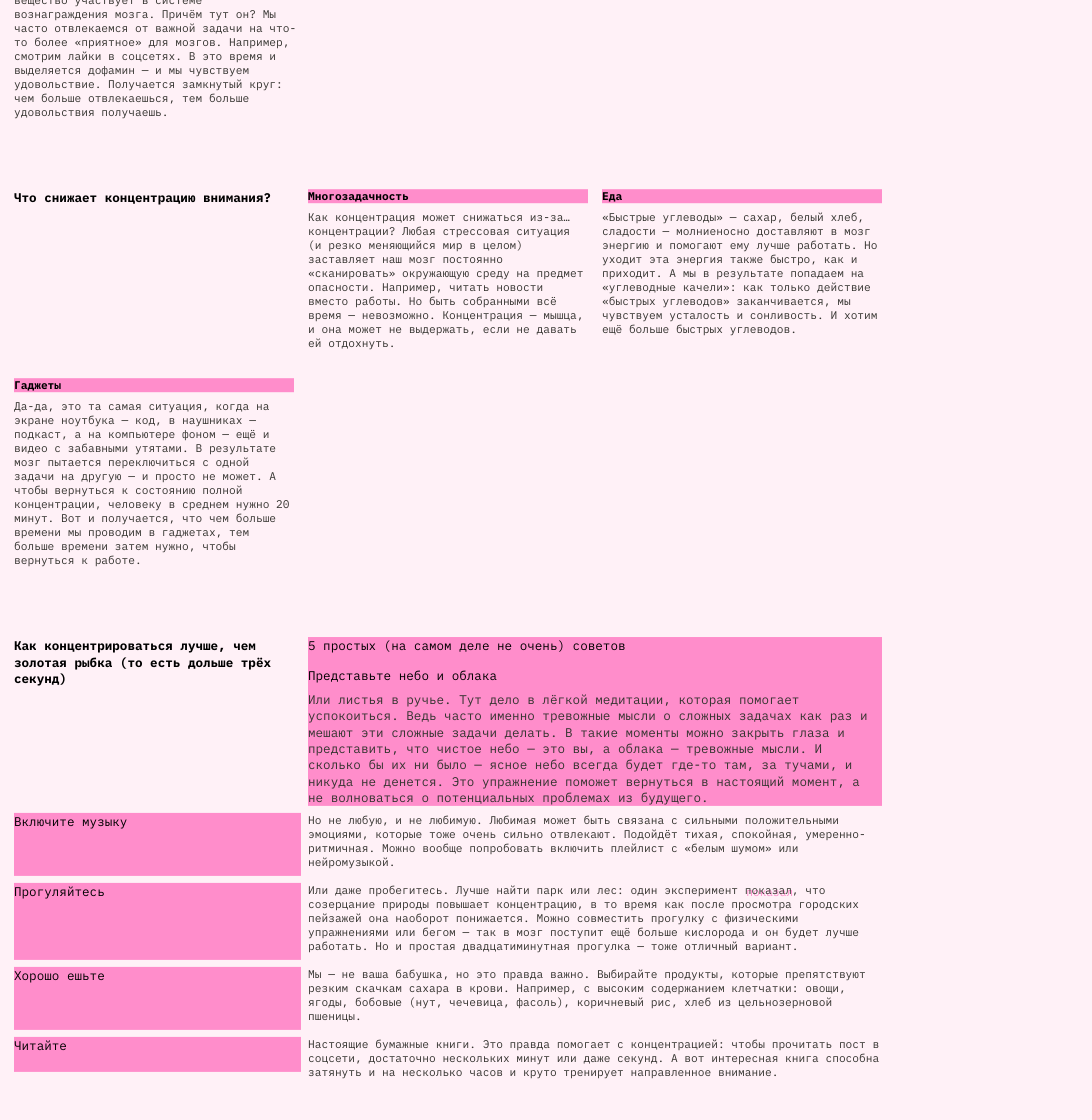
Repository: NikWolf75/slozhno-sosredotochitsya-fd
Page: index.html
The author's editor kept a copy of each file at every save. The page is drawn from the files as they stood at one save, then again after a run of saves.
The browser window is 1280 px wide. The page is 1560 px wide, so the pictures cover 1560 px, including what lies to the right of the window. The pictures show the part of the page from y = 1126 to 2726 px (the page is 7258 px tall before and 7208 px after), at 70% of full size.

Above is the page before, as saved 2025-02-27 21:43:48.

### index.html
<!DOCTYPE html>
<html lang="ru">
  <head>
    <meta charset="UTF-8" />
    <meta http-equiv="X-UA-Compatible" content="IE=edge" />
    <meta name="viewport" content="width=device-width, initial-scale=1.0" />
    <meta name="color-scheme" content="dark light" />
    <link rel="stylesheet" href="/fonts/fonts.css" />
    <link rel="stylesheet" href="/styles/globals.css" />
    <link rel="stylesheet" href="/styles/variables.css" />
    <link rel="stylesheet" href="/styles/style.css" />
    <link rel="stylesheet" href="/styles/dark.css" />
    <link rel="stylesheet" href="/styles/light.css" />
    <link rel="icon" href="/images/favicon.ico" sizes="any" />
    <link rel="icon" href="/images/favicon.svg" type="image/svg+xml" />
    <title>Сложно сосредоточиться</title>
    <script src="./scripts/script.js"></script>
  </head>
  <body class="page">
    <header class="header decorated-zone">
      <p class="rec_element">REC</p>
      <nav class="header__theme-menu">
        <ul class="header__theme-menu-list">
          <li class="header__theme-menu-item">
            <button
              class="header__theme-menu-button header__theme-menu-button_type_light"
            >
              День
            </button>
          </li>
          <li class="header__theme-menu-item">
            <button
              class="header__theme-menu-button header__theme-menu-button_active header__theme-menu-button_type_auto"
              disabled
            >
              Авто
            </button>
          </li>
          <li class="header__theme-menu-item">
            <button
              class="header__theme-menu-button header__theme-menu-button_type_dark"
            >
              Неон
            </button>
          </li>
        </ul>
      </nav>
      <h1 class="title_main">no focus</h1>
      <div class="title-decor">
        <p>Что делать, когда не можешь делать ничего</p>
        <p>
          Или почему нам так сложно сконцентрироваться, особенно когда очень
          надо
        </p>
      </div>
    </header>
    <main class="content">
      <section class="content__section">
        <h2 class="question_text">Почему сосредоточиться так сложно</h2>
        <article class="answer">
          <h3 class=".content__answer-short">Многозадачность</h3>
          <p class="answer_large">
            Особенно сложно сосредоточиться, когда задач много и все они —
            важные. Где же легендарная многозадачность, когда она так нужна вам
            (и всем нанимающим менеджерам этого мира)? А дело в том, что её
            просто не существует. Исследователи
            <a class="link-text" href="#0">выяснили</a>, что мозгу тяжело
            концентрироваться даже на двух делах одновременно. А когда в поле
            внимания попадает несколько важных задач, организм паникует и
            выделяет кортизол и адреналин — «гормоны стресса». Из-за этого мы
            работаем невнимательно: ошибаемся и быстро устаём.
          </p>
        </article>
        <article class="answer">
          <h3 class=".content__answer-short">Дофамин</h3>
          <p class="answer_large">
            С гормонами стресса всё понятно, но дальше — ещё интереснее. В нашей
            невозможности сосредоточиться замешана и полная противоположность
            стрессу — дофамин. Это вещество участвует в системе вознаграждения
            мозга. Причём тут он? Мы часто отвлекаемся от важной задачи на
            что-то более «приятное» для мозгов. Например, смотрим лайки в
            соцсетях. В это время и выделяется дофамин — и мы чувствуем
            удовольствие. Получается замкнутый круг: чем больше отвлекаешься,
            тем больше удовольствия получаешь.
          </p>
        </article>
      </section>
      <section class="content__section content__what">
        <h2 class="question_text">Что снижает концентрацию внимания?</h2>
        <article class="answer">
          <h3 class="content__answer-short">Многозадачность</h3>
          <p class="answer_large">
            Как концентрация может снижаться из-за… концентрации? Любая
            стрессовая ситуация (и резко меняющийся мир в целом) заставляет наш
            мозг постоянно «сканировать» окружающую среду на предмет опасности.
            Например, читать новости вместо работы. Но быть собранными всё время
            — невозможно. Концентрация — мышца, и она может не выдержать, если
            не давать ей отдохнуть.
          </p>
        </article>
        <article class="answer">
          <h3 class="content__answer-short">Еда</h3>
          <p class="answer_large">
            «Быстрые углеводы» — сахар, белый хлеб, сладости — молниеносно
            доставляют в мозг энергию и помогают ему лучше работать. Но уходит
            эта энергия также быстро, как и приходит. А мы в результате попадаем
            на «углеводные качели»: как только действие «быстрых углеводов»
            заканчивается, мы чувствуем усталость и сонливость. И хотим ещё
            больше быстрых углеводов.
          </p>
        </article>
        <article class="answer">
          <h3 class="content__answer-short">Гаджеты</h3>
          <p class="answer_large">
            Да-да, это та самая ситуация, когда на экране ноутбука — код, в
            наушниках — подкаст, а на компьютере фоном — ещё и видео с забавными
            утятами. В результате мозг пытается переключиться с одной задачи на
            другую — и просто не может. А чтобы вернуться к состоянию полной
            концентрации, человеку в среднем нужно 20 минут. Вот и получается,
            что чем больше времени мы проводим в гаджетах, тем больше времени
            затем нужно, чтобы вернуться к работе.
          </p>
        </article>
      </section>
      <section class="content__section">
        <h2 class="question_text">
          Как концентрироваться лучше, чем золотая рыбка (то есть дольше трёх
          секунд)
        </h2>
        <article class="answer advice">
          <h3 class="content__answer-short sub_content__answer-short">
            5 простых (на самом деле не очень) советов
          </h3>
          <h4 class="advice">
            Представьте небо и облака
          </h4>
          <p class="answer_large">
            Или листья в ручье. Тут дело в лёгкой медитации, которая помогает
            успокоиться. Ведь часто именно тревожные мысли о сложных задачах как
            раз и мешают эти сложные задачи делать. В такие моменты можно
            закрыть глаза и представить, что чистое небо — это вы, а облака —
            тревожные мысли. И сколько бы их ни было — ясное небо всегда будет
            где-то там, за тучами, и никуда не денется. Это упражнение поможет
            вернуться в настоящий момент, а не волноваться о потенциальных
            проблемах из будущего.
          </p>
        </article>
          <h4 class="advice">
            Включите музыку
          </h4>
          <p class="answer_large">
            Но не любую, и не любимую. Любимая может быть связана с сильными
            положительными эмоциями, которые тоже очень сильно отвлекают.
            Подойдёт тихая, спокойная, умеренно-ритмичная. Можно вообще
            попробовать включить плейлист с «белым шумом» или нейромузыкой.
          </p>
          <h4 class="advice">
            Прогуляйтесь
          </h4>
          <p class="answer_large">
            Или даже пробегитесь. Лучше найти парк или лес: один эксперимент
            <a class="link-text" href="#0">показал</a>, что созерцание природы
            повышает концентрацию, в то время как после просмотра городских
            пейзажей она наоборот понижается. Можно совместить прогулку с
            физическими упражнениями или бегом — так в мозг поступит ещё больше
            кислорода и он будет лучше работать. Но и простая двадцатиминутная
            прогулка — тоже отличный вариант.
          </p>
          <h4 class="advice">
            Хорошо ешьте
          </h4>
          <p class="answer_large">
            Мы — не ваша бабушка, но это правда важно. Выбирайте продукты,
            которые препятствуют резким скачкам сахара в крови. Например, с
            высоким содержанием клетчатки: овощи, ягоды, бобовые (нут, чечевица,
            фасоль), коричневый рис, хлеб из цельнозерновой пшеницы.
          </p>
          <h4 class="advice">
            Читайте
          </h4>
          <p class="answer_large">
            Настоящие бумажные книги. Это правда помогает с концентрацией: чтобы
            прочитать пост в соцсети, достаточно нескольких минут или даже
            секунд. А вот интересная книга способна затянуть и на несколько
            часов и круто тренирует направленное внимание.
          </p>
        </article>
      </section>
      <section class="content__section content__gallery">
        <h2 class="content__answer-short">А можно в картинках?</h2>
        <div class="gallery">
          <figure class="gallery__item">
            <img
              class="content__section-image"
              src="./images/sunset.png"
              alt="Вид острова на закате"
              loading="lazy"
            />
          </figure>
          <figure class="gallery__item">
            <img
              class="gallery__section-image"
              src="./images/ice-cream.png"
              alt="Чаша с мороженным"
              loading="lazy"
            />
          </figure>
          <figure class="gallery__item">
            <img
              class="gallery__section-image"
              src="./images/tape.png"
              alt="Кассета"
              loading="lazy"
            />
          </figure>
          <figure class="gallery__item">
            <img
              class="gallery__section-image"
              src="./images/books.png"
              alt="Стопка книг"
              loading="lazy"
            />
          </figure>
          <figure class="gallery__item">
            <img
              class="gallery__section-image"
              src="./images/street.png"
              alt="Улица"
              loading="lazy"
            />
          </figure>
        </div>
      </section>
    </main>
    <footer class="footer decorated-zone">
      <h2 class="title_main footer__title">focus</h2>
    </footer>
  </body>
</html>

### styles/globals.css
*,
*::before,
*::after {
  box-sizing: border-box;
}

body {
  min-inline-size: 375px;
  max-inline-size: 1440px;
  margin: 0 auto;
}

h1,
h2,
h3,
h4,
h5,
h6,
p {
  margin: 0;
}

ul {
  margin: 0;
  padding: 0;
  list-style: none;
}

picture {
  margin: 0;
  padding: 0;
}

button,
a {
  font-family: inherit;
  font-size: inherit;
  line-height: inherit;
  color: currentColor;
}

### styles/variables.css
:root {
  --main-font: 'IBM Plex mono';
}

### styles/style.css
.page {
  display: flex;
  flex-direction: column;
  font-family: var(--main-font), monospace;
  block-size: min-content;
  position: relative;
  font-weight: 700;
  background-color: var(--main-background-color);
  background-image: var(--main-background-image);
  background-attachment: fixed;
  background-position: center;
  background-size: cover;
  background-repeat: no-repeat;
 }

.decorated-zone {
  position: relative;
}

.decorated-zone::after,
.decorated-zone::before {
  position: absolute;
  inline-size: 25px;
  block-size: 25px;
  content: "";
  border: 1px solid var(--corner-color);
}

.decorated-zone::after {
  border-top: none;
  border-right: none;
  bottom: 10px;
  left: 10px;
}

.decorated-zone::before {
  border-left: none;
  border-bottom: none;
  right: 10px;
  top: 10px;
}

@media (width >= 768px) {
  .decorated-zone::after {
    bottom: 20px;
    left: 20px;
  }
}

@media (width >= 768px) {
  .decorated-zone::before {
    right: 20px;
    top: 20px;
  }
}

.rec_element {
  position: absolute;
  align-self: start;
  justify-self: end;
  margin: 0;
  right: 10px;
  margin-right: 28px;
  font-size: 18px;
  grid-column: 3;
  grid-row: 1;
  color: var(--accent-color);
  gap: 10px;
}

@media (width >= 768px) {
  .rec_element {
    right: 20px;
  }
}

.rec_element::after {
  content: "";
  border-radius: 50%;
  position: absolute;
  top: 8px;
  left: 44px;
  background: var(--accent-color);
  width: 10px;
  height: 10px;
  box-shadow: 0 0 4px 2px var(--accent-color)
}

.header {
  display: grid;
  grid-template-columns: repeat(3, 1fr);
  grid-template-rows: 1fr min-content 1fr;
  align-items: center;
  justify-items: end;
  position: relative;
  block-size: min(668px, 100vh);
  padding: 10px;
  inline-size: 100%;
 }

 @media (width >= 768px) {
  .header {
    padding: 20px 20px 20px 0;
    block-size: max(1024px, 100vh);
  }
 }

 @media (width >= 1024px) {
  .header {
    block-size: max(768px, 100vh);
  }
 }

 .header__theme-menu {
  grid-column: 3;
  grid-row: 1;
  justify-self: end;
  align-self: center;
}

@media (width >= 1024px) {
  .header__theme-menu {
    grid-column: 1 / -1;
    align-self: start;
    justify-self: center;
    margin-left: 20px;
  }
 }

.header__theme-menu-list {
  display: flex;
  flex-direction: column;
  list-style: none;
  row-gap: 10px;
}

@media (width >= 1024px) {
  .header__theme-menu-list {
    display: flex;
    flex-direction: row;
    column-gap: 10px;
  }
 }

.header__theme-menu-button {
  font-family: inherit;
  background: transparent;
  font-size: 18px;
  color: var(--menu-color);
  border: none;
  text-transform: lowercase;
  border: none;
  height: 26px;
  padding-right: 13px;
  padding-left: 13px;
}

.header__theme-menu-bitton:hover {
  outline: 1px solid var(--menu-color-rgb);
}

.header__theme-menu-button_active {
  outline: 1px solid var(--menu-color);
}

.header__theme-menu-button:focus {
  outline: none;
  text-decoration: underline;
}

.header__theme-menu-button:focus-visible {
  outline: none;
  text-decoration: underline;
}

.title_main {
  font-family: inherit;
  font-size: clamp(7.25rem, 7.0115rem + 1.0178vw, 7.5rem);
  line-height: 95.7px;
  color: var(--title-short-text-color);
  text-shadow: 4px 4px 0 var(--accent-color);
  justify-self: start;
  grid-column: 1 / -1;
  grid-row: 2;
}

@media (width >= 1024px) {
  .title_main {
    line-height: 129.5px;
  }
}

@media (width >= 768px) {
  .title_main {
    font-size: clamp(7.5rem, 0.5625rem + 14.4531vw, 9.8125rem);
    font-weight: 700;
    line-height: 99px;
  }
}

.title-decor {
  font-weight: 700;
  font-family: var(--main-font), monospace;
  font-size: 18px;
  line-height: 23.4px;
  background-color: var(--accent-color);
  color: var(--title-text-color);
  grid-row: 3;
  grid-column: 1 / -1;
  border: 1px solid var(--main-background-color);
  margin: 0;
  justify-self: end;
  align-self: center;
}

@media (width >= 768px) {
  .title-decor {
    max-width: 49%;
  }
}

.content {
  display: flex;
  box-sizing: border-box;
  flex-direction: column;
  padding: 40px 10px 0 10px;
  row-gap: 50px;
}

@media (width >= 768px) {
  .content {
    padding: 60px 20px 20px 20px;
    row-gap: 80px;
  }
}

@media (width >= 768px) {
  .content__section {
    display: grid;
    grid-template-columns: 1fr 2fr;
    column-gap: 20px;
  }
}

@media (width >= 1024px) {
  .content__section {
    column-gap: 10px;
  }
}

.content__what, .answer {
  margin-bottom: 20px;
}

.content__what, .answers:last-of-type {
  margin-bottom: 0;
}

.content__gallery, .content__answer-short {
  font-size: 18px;
}

@media (width >= 768px) and (width < 1024px) {
  .content__what,
  .content__gallery {
    display: grid;
    grid-template-columns: repeat(3, 1fr);
    grid-template-rows: min-content, 1fr;
    row-gap: 20px;
  }

  .content__what, .question_text {
    grid-row: 1;
    grid-column: 1;
  }

  .content__what, .content__answers {
    grid-row: 2;
    grid-column: 1 / -1;
    margin-bottom: 20px;
  }

  .content__gallery, .content__answer-short {
    grid-row: 1;
    grid-column: 1 / -1;
    margin: 0;
  }

  .content__gallery, .gallery {
    grid-row: 2;
    grid-column: 1 / -1;
  }
}

@media (width >= 1024px) {
  .content__what,
  .content__gallery {
    display: grid;
    grid-template-columns: repeat(3, 1fr);
    row-gap: 20px;
  }

  .content__what, .question_text {
    grid-row: 1;
    grid-column: 1;
  }

  .content__what, .content__answers {
    display: grid;
    grid-row: 2;
    grid-column: 1 / -1;
    column-gap: 20px;
    grid-template-columns: repeat(auto-fit, minmax(calc((100% - 40px) / 3), 1fr));
  }

  .content__gallery, .content__answer-short {
    grid-row: 1;
    grid-column: 1 / -1;
    margin: 0;
  }

  .content__gallery, .gallery {
    grid-row: 2;
    grid-column: 1 / -1;
  }
}

.question_text {
  font-family: var(--main-font), monospace;
  font-size: 18px;
  font-weight: 700;
  line-height: 23.5px;
  color: var(--question_text-color);
  margin: 0;
  margin-bottom: 20px;
}

@media (width >= 768px) {
  .question_text {
    padding-right: 9px;
    margin-bottom: 0;
  }
}

.content__answers {
  font-family: var(--main-font), monospace;
  font-size: 18px;
  font-weight: 700;
  line-height: 23.5px;
  color: var(--content__answer-short-color);
}

.content_how {
  display: flex;
  flex-direction: column;
}

.content__answer-short {
  color: var(--content__answer-short-color);
  background-color: var(--accent-color);
  margin: 0;
  margin-bottom: 10px;
  font-family: inherit;
  font-size: inherit;
  font-weight: inherit;
  line-height: inherit;
}

.sub_content__answer-short {
  margin-bottom: 20px;
}

.answer_large {
  font-family: inherit;
  font-size: inherit;
  font-weight: 400;
  line-height: inherit;
  color: var(--answer-text-color);
  margin: 0;
  margin-bottom: 20px;
}

.content__answers, .answer_large:last-of-type {
  margin-bottom: 0;
}

.link-text {
  text-decoration: none;
  color: inherit;
  text-shadow: 2px 2px 0 var(--shadow-accent-color);
}

.link-text:hover {
  border-bottom: 1px solid var(--menu-color);
}

.link-text:focus {
  outline: none;
  border: none;
}

.link-text:focus-visible {
  outline: 1px solid var(--answer-text-color);
  border: 1px solid transparent;
  color: var(--answer-text-color);
}

.advice {
  font-family: var(--main-font), monospace;
  font-size: 18px;
  font-weight: 400;
  background-color: var(--accent-color);
  line-height: 23.4px;
  margin: 0 0 10px 0;
}

.gallery {
  display: grid;
  grid-template-columns: 1fr;
  grid-template-rows: 142px 355px 237px 355px 237px;
  gap: 10px;
  grid-auto-flow: dense;
  margin-bottom: 40px;
}

.gallery__item {
  margin: o;
}

.gallery__section-image {
  object-fit: cover;
  inline-size: 100%;
  block-size: 100%;
}

@media (width >= 1024px) {
  .gallery {
    grid-template-rows: 260px 315px 433px;
  }
}

.footer {
  display: grid;
  height: 100vh;
  padding: 10px;
  block-size: max(668px, 100vh);
  grid-template-columns: 1fr;
  grid-template-rows: 1fr min-content 1fr;
}

@media (width >= 768px) {
  .footer {
    padding: 20px;
    block-size: max(1024px, 100vh);
  }
}

@media (width >= 1024px) {
  .footer {
    block-size: max(768px, 100vh);
  }
}

.footer_title {
  justify-self: center;
}

### styles/dark.css
:root.theme-dark {
  --title-short-text-color: #DB00FF;
  --header-background-image: url(../images/cover-image-dark.png);
  --title-text-color: #000028;
  --accent-color: #FF0070;
  --menu-color: #FF0070;
  --menu-color-rgb: rgba(255, 0, 112, 0.4);
  --shadow-accent-color: #FF0070;
  --main-background-color: #000028;
  --answer-text-color: #F1B2CE;
  --answer-short-text-color: #000028;
  --question-text-color: #FF0070;
  --corner-color: #FF0070;
}

.theme-dark .page {
  /* Вам также нужно будет написать ряд подобных селекторов */
}

.theme-dark li {
  outline: none;
}

@media (prefers-color-scheme: dark) {
  :root {
    /* сохраните этот селектор в приведённом виде.
      Так стили написанные ниже будут иметь больший вес,
      чем стили в медиазапросе предпочтений пользователя
    */
    --title-short-text-color: #DB00FF;
    --header-background-image: url(../images/cover-image-dark.png);
    --title-text-color: #000028;
    --accent-color: #FF0070;
    --menu-color: #FF0070;
    --menu-color-rgb: rgba(255, 0, 112, 0.4);
    --shadow-accent-color: #FF0070;
    --main-background-color: #000028;
    --answer-text-color: #F1B2CE;
    --answer-short-text-color: #000028;
    --question-text-color: #FF0070;
    --corner-color: #FF0070;
  }

  li {
    outline: none;
  }
}

### styles/light.css
:root.theme-light {
  --title-short-text-color: #FFC2E6;
  --header-background-image: url(../images/cover-image-light.png);
  --title-text-color: #353430;
  --accent-color: #FF8DCB;
  --menu-color: #353430;
  --menu-color-rgb: rgba(53, 52, 48, 0.4);
  --shadow-accent-color: #FF8DCB;
  --main-background-color: #FFF1F7;
  --answer-text-color: #353430;
  --answer-short-text-color: #353430;
  --question-text-color: #353430;
  --corner-color: #353430;
}

.theme-light .page .rec_element {
  display: none;
}

.theme-light .rec_element::after {
  display: none;
}

.theme-light li {
  outline: none;
}

@media (prefers-color-scheme: light) {
  :root {
    --title-short-text-color: #FFC2E6;
    --header-background-image: url(../images/cover-image-light.png);
    --title-text-color: #353430;
    --accent-color: #FF8DCB;
    --menu-color: #353430;
    --menu-color-rgb: rgba(53, 52, 48, 0.4);
    --shadow-accent-color: #FF8DCB;
    --main-background-color: #FFF1F7;
    --answer-text-color: #353430;
    --answer-short-text-color: #353430;
    --question-text-color: #353430;
    --corner-color: #353430;
  }


  .theme-light .rec_element {
    display: none;
  }

  .theme-auto .rec_element {
    display: none;
  }

  .rec_element .rec_element::after {
    display: none;
  }

  li {
    outline: none;
  }
}

Loaded but not shown: fonts/fonts.css (common file); scripts/script.js (52 lines, source omitted)

After the next 2 saves:
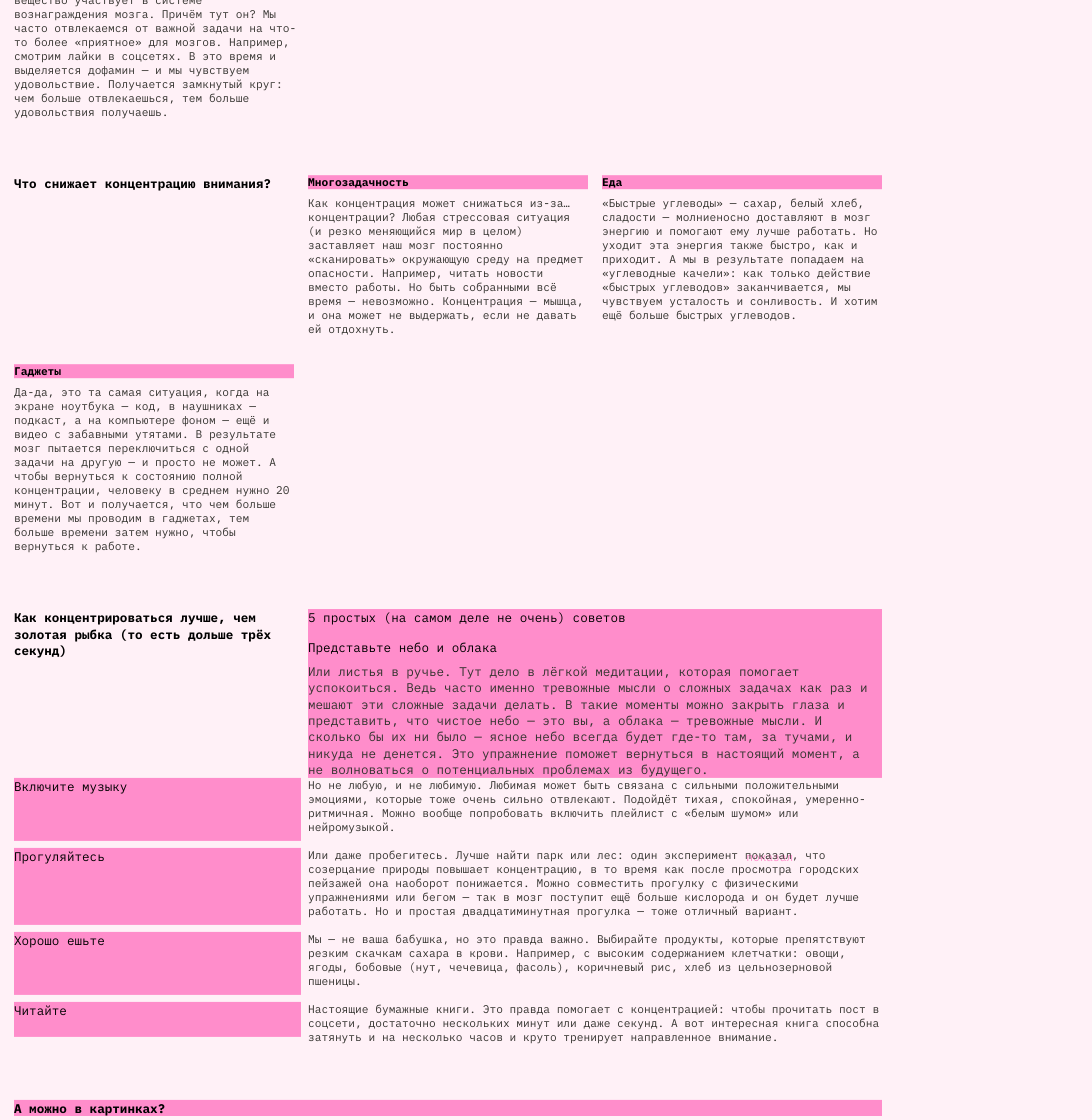
The 2 saves are shown as one change because they came seconds apart.
The last was saved 8 s later.
--- a/styles/style.css
+++ b/styles/style.css
@@ -252,7 +252,7 @@
   margin-bottom: 20px;
 }
 
-.content__what, .answers:last-of-type {
+.content__what, .answer:last-of-type {
   margin-bottom: 0;
 }
 
@@ -274,7 +274,7 @@
     grid-column: 1;
   }
 
-  .content__what, .content__answers {
+  .content__what, .content__answer {
     grid-row: 2;
     grid-column: 1 / -1;
     margin-bottom: 20px;
